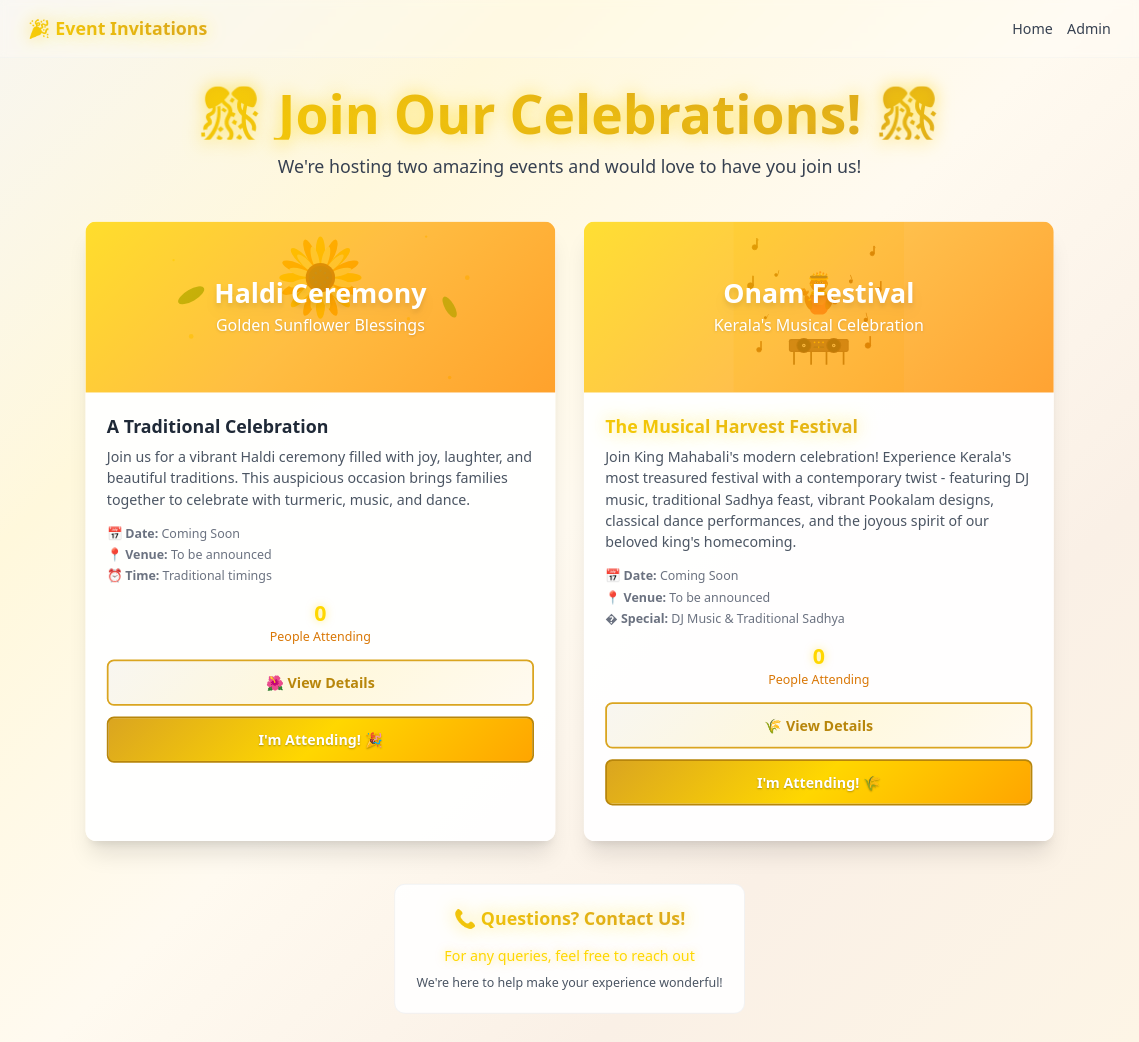
Repository: nanduldas/invitation
Page: http://localhost/
The author's editor kept a copy of each file at every save. The page is drawn from the files as they stood at one save, then again after the next save.
The browser window is 1280 px wide. The pictures show the whole page, at 89% of full size.
Some web libraries are served in a nearby version. The page is served by the project's Laravel application, run on PHP 8.4 with Laravel 12. Queries for data that is not in the repository find no rows.

Above is the page before, as saved 2025-08-23 00:10:59.

After the next save:
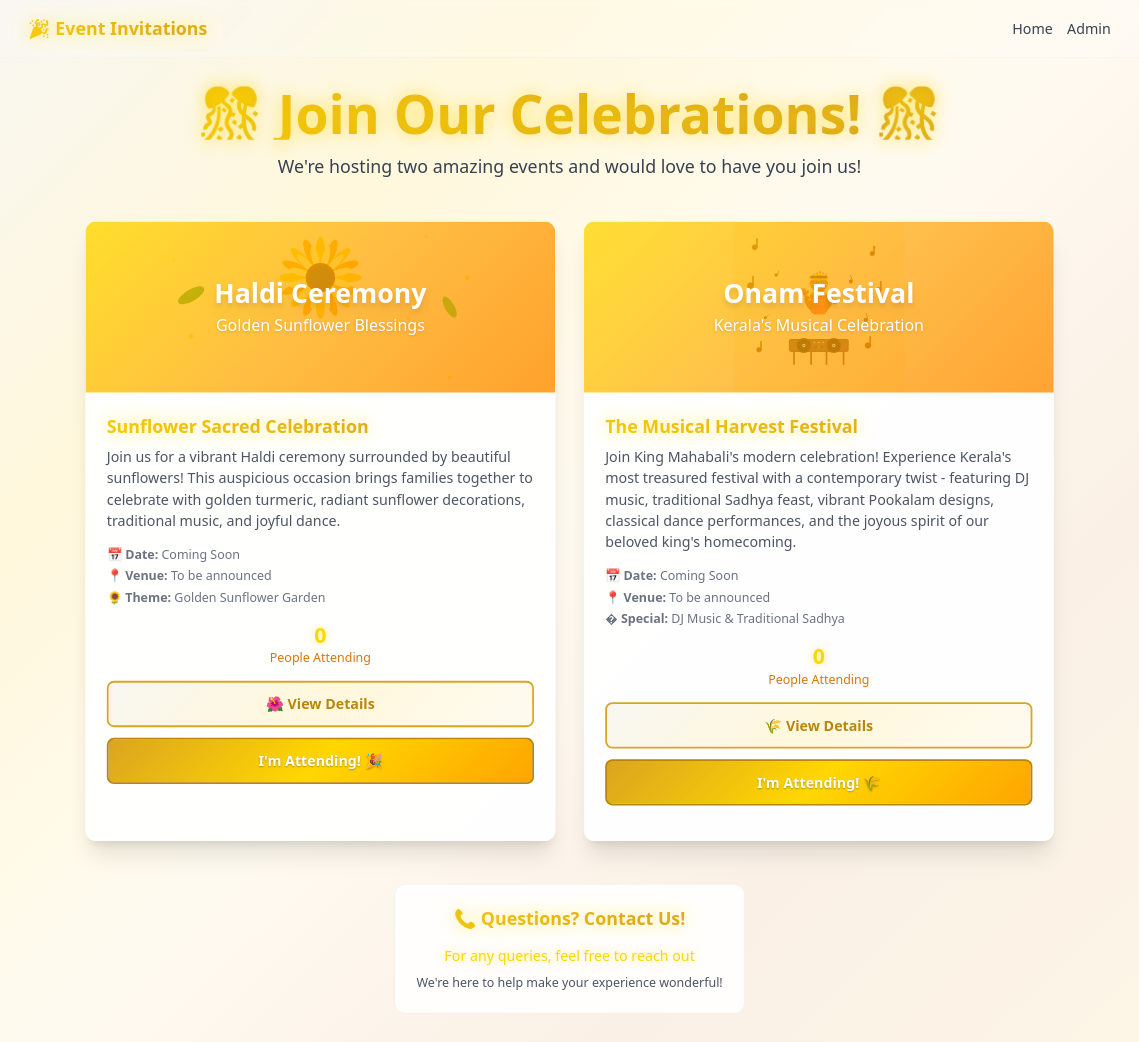
Saved 13 s later.
--- a/resources/views/events/index.blade.php
+++ b/resources/views/events/index.blade.php
@@ -26,15 +26,16 @@
             </div>
             <div class="p-6">
                 <div class="mb-4">
-                    <h3 class="text-xl font-semibold text-gray-800 mb-2">A Traditional Celebration</h3>
+                    <h3 class="text-xl font-semibold text-gold-shining mb-2">Sunflower Sacred Celebration</h3>
                     <p class="text-gray-600 mb-4">
-                        Join us for a vibrant Haldi ceremony filled with joy, laughter, and beautiful traditions.
-                        This auspicious occasion brings families together to celebrate with turmeric, music, and dance.
+                        Join us for a vibrant Haldi ceremony surrounded by beautiful sunflowers! This auspicious
+                        occasion brings families together to celebrate with golden turmeric, radiant sunflower
+                        decorations, traditional music, and joyful dance.
                     </p>
                     <div class="text-sm text-gray-500 space-y-1">
                         <p>📅 <strong>Date:</strong> Coming Soon</p>
                         <p>📍 <strong>Venue:</strong> To be announced</p>
-                        <p>⏰ <strong>Time:</strong> Traditional timings</p>
+                        <p>🌻 <strong>Theme:</strong> Golden Sunflower Garden</p>
                     </div>
                 </div>
                 <div class="mb-4">
